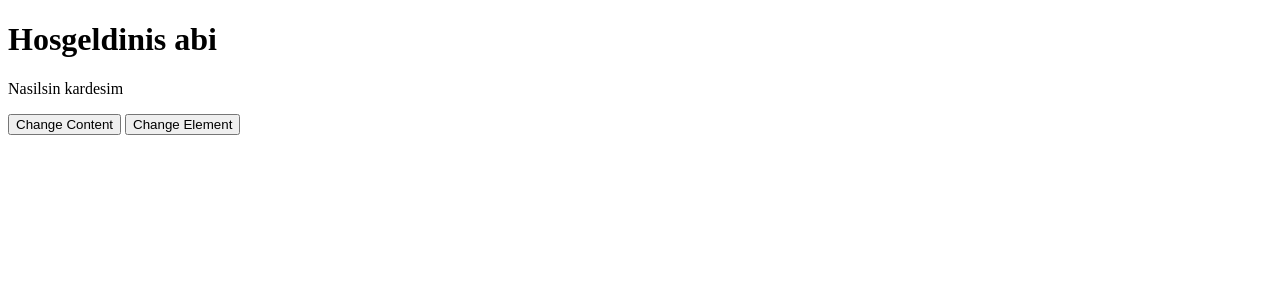
Repository: jamalissef-glitch/exercise1-JS
Page: Exercise34/index.html
These files come from the project's save history. The page is drawn as it stood at one moment and after the next save; the edit follows.
The browser window is 1280 px wide. The pictures show the whole page.
After loading, the first visible `button` was clicked once.

Above is the page before, as saved 2026-07-14 18:58:33.

### Exercise34/index.html
<!DOCTYPE html>
<html lang="en">

<head>
 <meta charset="UTF-8">
 <meta name="viewport" content="width=device-width, initial-scale=1.0">
 <title>Change Content and InnerHTML</title>
</head>

<body>

 <h1 id="header">Hosgeldinis abi</h1>

 <p id="pragraph">Nasilsin kardesim</p>

 <button onclick="changeContent()">Change Content</button>
 <button onclick="changeText()">Change Element</button>

 <script src="./main.js"></script>

</body>

</html>

### Exercise34/main.js


function changeContent() {

 const header = document.querySelector("#header");

 const pragraph = document.querySelector("#pragraph");

 // change content

 header.changeContent = "Welcom my brother";

}

After the next save:
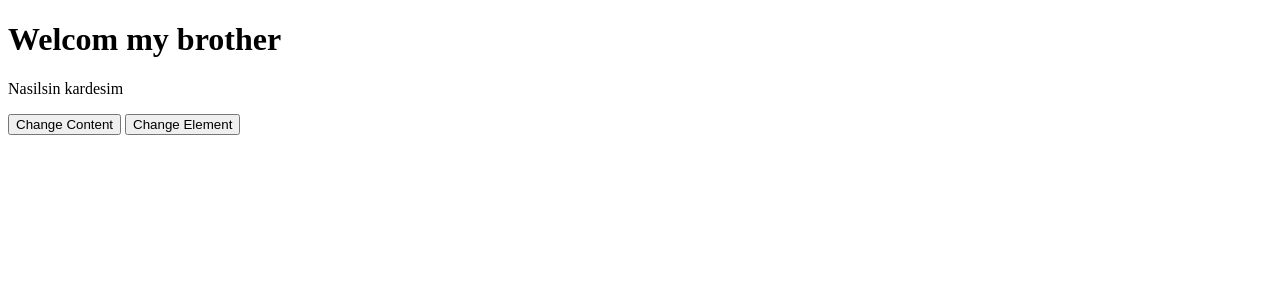
Saved 117 s later.
--- a/Exercise34/main.js
+++ b/Exercise34/main.js
@@ -8,6 +8,6 @@
 
  // change content
 
- header.changeContent = "Welcom my brother";
+ header.textContent = "Welcom my brother";
 
 }
